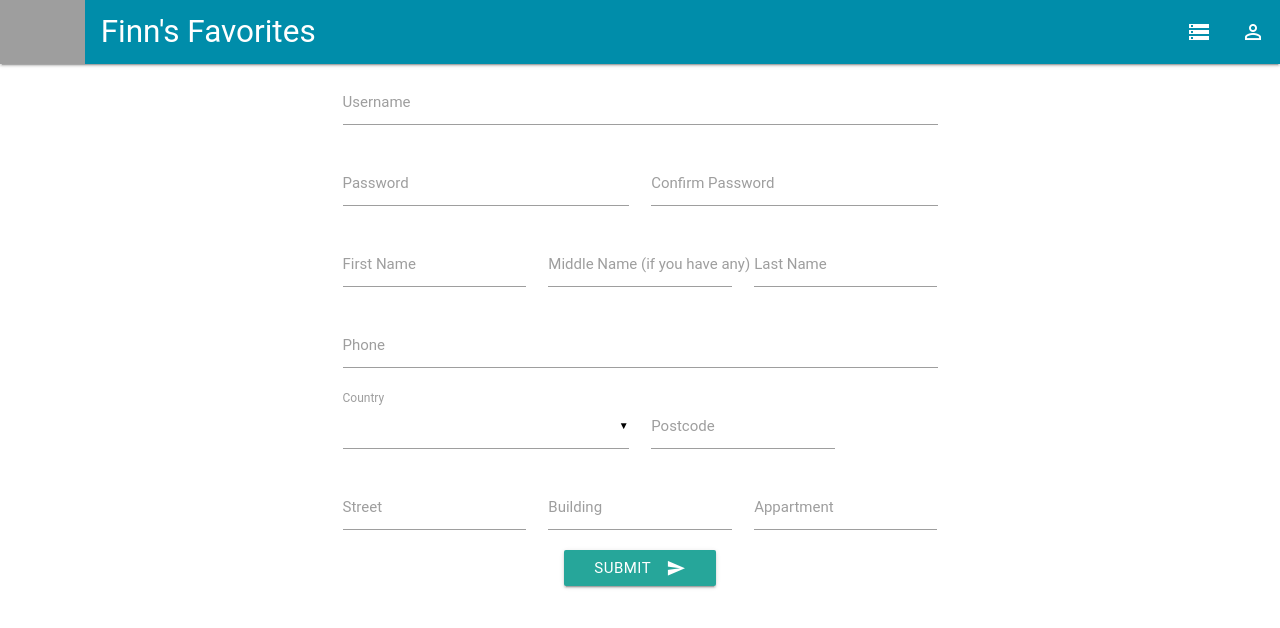
Repository: nidalaburaed/FinnsFavorites
Page: http://localhost/register.php
The author's editor kept a record of every edit. The page is drawn from the files as they stood at one moment, then again after the next edit.
The browser window is 1280 px wide. The pictures show the whole page.
Pictures or frames that could not be fetched are drawn as grey boxes. Some web fonts or font styles are not loaded; a fallback is used. Some web libraries are served in a nearby version. The page is run by PHP 8.4 with error messages shown; the project is at /var/www/html/. Queries for data that is not in the repository find no rows.

Above is the page before.

After the next edit:
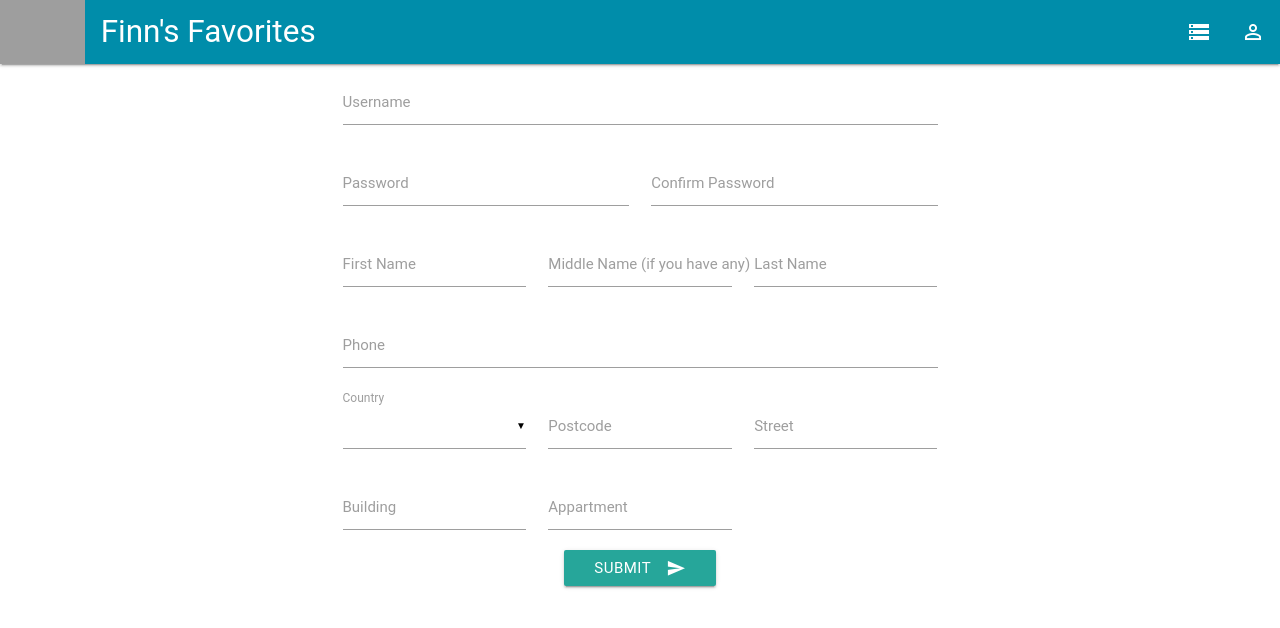
The edit:
--- a/register.php
+++ b/register.php
@@ -51,7 +51,7 @@
        </div>
 
        <!--Need to import from db-->
-       <div class="input-field col s6">
+       <div class="input-field col s4">
          <select name="country">
              <?php
                   $result = mysql_query("SELECT * FROM country", $conn);
